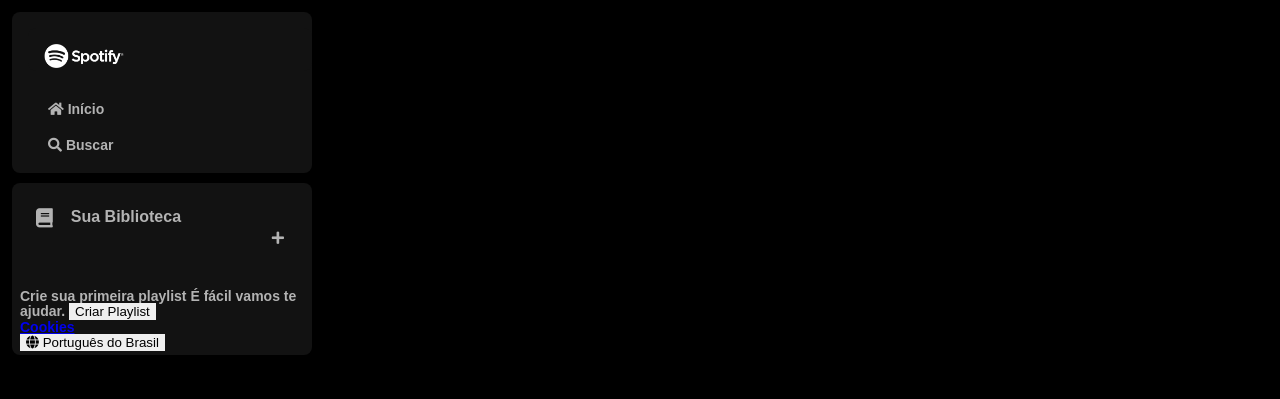
Repository: guilhermecardoso93/spotify-alura
Page: index.html
These files come from the project's save history. The page is drawn as it stood at one moment and after the next save; the edit follows.
The browser window is 1280 px wide. The pictures show the whole page.

Above is the page before, as saved 2024-02-21 19:23:42.

### index.html
<!DOCTYPE html>
<html lang="pt-BR">
  <head>
    <meta charset="UTF-8" />
    <meta name="viewport" content="width=device-width, initial-scale=1.0" />
    <link
      rel="shortcut icon"
      href="./assets/icons/favicon.png"
      type="image/x-icon"
    />
    <link
      rel="stylesheet"
      href="https://use.fontawesome.com/releases/v5.15.4/css/solid.css"
      integrity="sha384-Tv5i09RULyHKMwX0E8wJUqSOaXlyu3SQxORObAI08iUwIalMmN5L6AvlPX2LMoSE"
      crossorigin="anonymous"
    />
    <link
      rel="stylesheet"
      href="https://use.fontawesome.com/releases/v5.15.4/css/fontawesome.css"
      integrity="sha384-jLKHWM3JRmfMU0A5x5AkjWkw/EYfGUAGagvnfryNV3F9VqM98XiIH7VBGVoxVSc7"
      crossorigin="anonymous"
    />
    <link rel="stylesheet" href="./reset.css" />
    <link rel="stylesheet" href="./styles.css" />

    <title>Spotify | Alura</title>
  </head>
  <body>
    <div class="sidebar">
      <nav class="sidebar__navigation">
        <div class="logo">
          <a href="">
            <img src="./assets/icons/logo-spotify.png" alt="Logo" />
          </a>
        </div>
        <ul>
          <li>
            <a href="">
              <span class="fa fa-home"></span>
              <span>Início</span>
            </a>
          </li>
          <li>
            <a href="">
              <span class="fa fa-search"></span>
              <span>Buscar</span>
            </a>
          </li>
        </ul>
      </nav>

      <div class="library">
        <div class="library__content">
          <button class="library__button">
            <span class="fa fas fa-book"></span>
            <span>Sua Biblioteca</span>
          </button>
          <span class="fa fa-plus"></span>
        </div>

        <section class="playlist">
          <div class="playlist__content">
            <span class="text title">Crie sua primeira playlist</span>
            <span class="text subtitle">É fácil vamos te ajudar.</span>
            <button class="playlist__button">
              <span>Criar Playlist</span>
            </button>
          </div>
        </section>

        <div class="cookies">
          <a href="http://">Cookies</a>
        </div>

        <div class="languange">
          <button class="languange__button">
            <span class="fa fa-globe"></span>
            <span>Português do Brasil</span>
          </button>
        </div>
      </div>
    </div>
  </body>
</html>

### styles.css
body {
  background-color: #000;
  font-family: "DM Sans", sans-serif;
}

.sidebar {
  position: fixed;
  top: 0;
  left: 0;
  bottom: 0;
  padding: 12px;
  width: 300px;
}

.sidebar__navigation {
  background-color: #121212;
  border-radius: 8px;
  padding: 16px 0 0 16px;
}

.logo {
  background: #121212;
  display: flex;
  border-radius: 8px;
  padding: 16px 0 0 16px;
}

.sidebar__navigation .logo img {
  width: 80px;
}

.sidebar nav ul {
  margin-top: 20px;
  padding: 0 20px 10px 20px;
}

.sidebar ul li {
  padding: 10px 0;
}

.sidebar nav ul li a {
  color: #b3b3b3;
  text-decoration: none;
  font-weight: 600;
  font-size: 14px;

  gap: 20px;
}

.library {
  background-color: #121212;
  color: #b3b3b3;
  font-weight: 600;
  font-size: 14px;
  border-radius: 8px;

  display: flex;
  flex-direction: column;
  justify-content: space-between;
  padding: 4px 8px;
  margin-top: 10px;
}

.library .library__content {
  display: flex;
  justify-content: space-between;
  padding: 20px 10px;
}

.library .library__content .library__button {
  margin-right: 10px;
  color: #b3b3b3;
  background-color: transparent;
  border: 0;
  font-size: 1rem;
  font-weight: 700;
  font-family: "DM Sans", sans-serif;
  font-align: center;
  text-decoration: none;
  text-transform: none;
  display: flex;
  //gap: 10px;
}

.library .library__content .library__button .fa {
  font-size: 1.2rem;
  margin-right: 10px;
  font-weight: 300;
  padding-right: 8px;
}

.library .library__content .fa-plus {
  margin: 24px 10px;
}

Loaded but not shown: reset.css (common file)

After the next save:
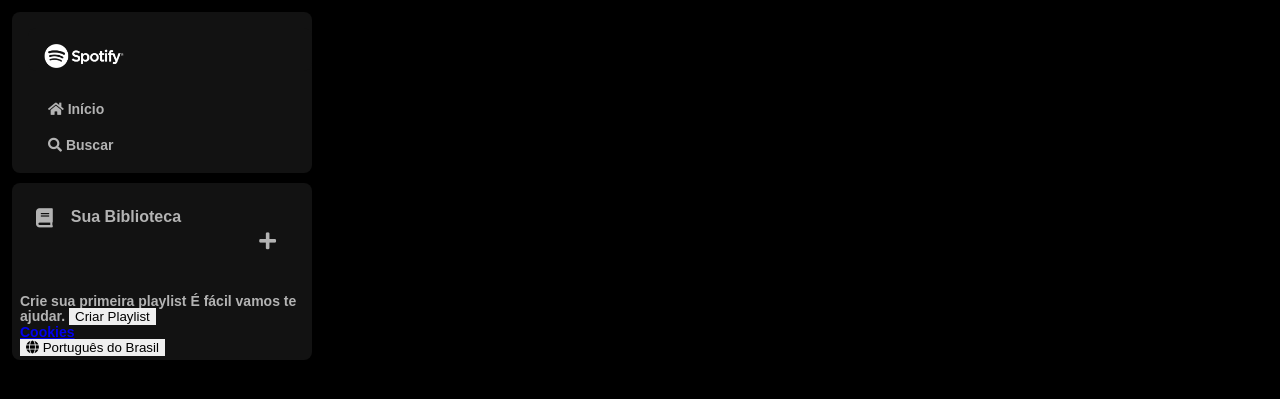
Saved 8 s later.
--- a/styles.css
+++ b/styles.css
@@ -82,7 +82,7 @@
   //gap: 10px;
 }
 
-.library .library__content .library__button .fa {
+.library .library__content .fa {
   font-size: 1.2rem;
   margin-right: 10px;
   font-weight: 300;

After the save that followed:
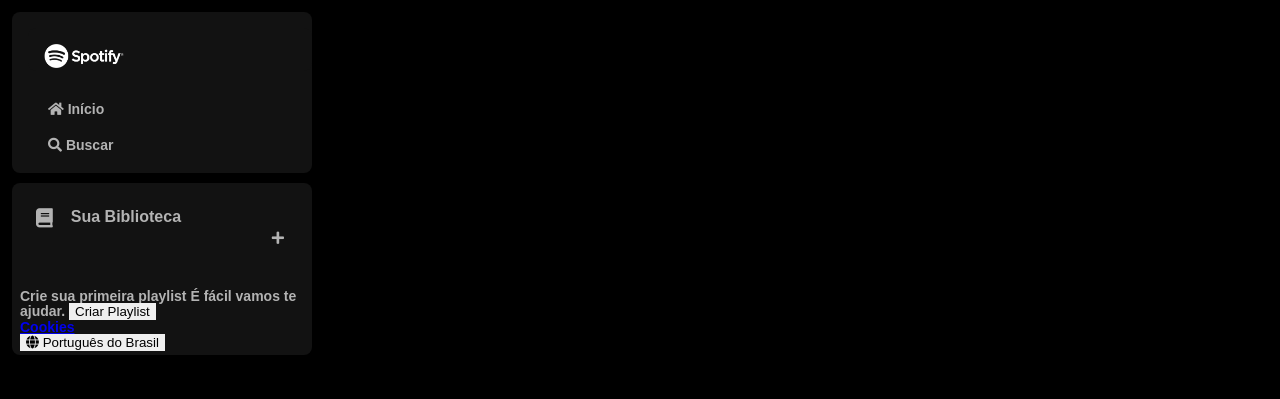
Saved 5 s later.
--- a/styles.css
+++ b/styles.css
@@ -82,7 +82,7 @@
   //gap: 10px;
 }
 
-.library .library__content .fa {
+.library .library__content .library__button .fa {
   font-size: 1.2rem;
   margin-right: 10px;
   font-weight: 300;
